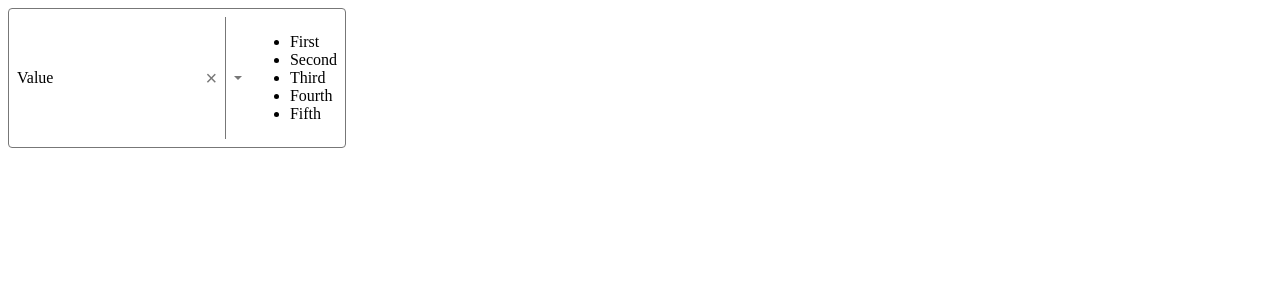
Repository: csabbah/ts-react-custom-select
Page: /
The author's editor kept a copy of each file at every save. The page is drawn from the files as they stood at one save, then again after a run of saves.
The browser window is 1280 px wide. The pictures show the whole page.
The project was rebuilt for these pictures with package versions that can differ from the ones it lists, and the page was loaded fresh each time. Also part of the build but not shown: vite.config.ts.

Above is the page before, as saved 2022-12-24 11:58:02.

### src/App.tsx
import { Select } from "./Select";

const options = [
  { label: "First", value: 1 },
  { label: "Second", value: 2 },
  { label: "Third", value: 3 },
  { label: "Fourth", value: 4 },
  { label: "Fifth", value: 5 },
];
function App() {
  return (
    <div>
      <Select options={options} />
    </div>
  );
}

export default App;

### src/Select.tsx
import styles from "./select.module.css";

type SelectOption = {
  label: string;
  value: any;
};

type SelectProps = {
  options: SelectOption[];
  value?: SelectOption; // value? means this value is optional
  onChange: (value: SelectOption | undefined) => void; // Void -  This function returns nothing
};

export function Select({ value, onChange, options }: SelectProps) {
  return (
    <>
      <div tabIndex={0} className={styles.container}>
        <span className={styles.value}>Value</span>
        <button className={styles["clear-btn"]}>&times;</button>
        <div className={styles.divider}></div>
        <div className={styles.caret}></div>
        <ul className={styles.options}>
          {options.map((option) => (
            <li key={option.label} className={styles.option}>
              {option.label}
            </li>
          ))}
        </ul>
      </div>
    </>
  );
}

### src/select.module.css
.container {
  position: relative;
  width: 20em;
  min-height: 1.5em;
  border: 0.1em solid #777;
  display: flex;
  align-items: center;
  gap: 0.5em;
  padding: 0.5em;
  border-radius: 0.25em;
  outline: none;
  transition: 0.1s all ease-in-out;
}

.container:focus {
  border-color: rgb(56, 165, 232);
  transition: 0.1s all ease-in-out;
}

.value {
  flex-grow: 1;
}

.clear-btn {
  background: none;
  color: #777;
  border: none;
  outline: none;
  cursor: pointer;
  padding: 0;
  font-size: 1.25rem;
}

.clear-btn:focus,
.clear-btn:hover {
  color: #333;
}

.divider {
  background-color: #777;
  align-self: stretch;
  width: 0.05em;
}

.caret {
  border: 0.25em solid transparent;
  border-top-color: #777;
  translate: 0 25%;
}

Loaded but not shown: index.html (common file); src/main.tsx (common file)

After the next 3 saves:
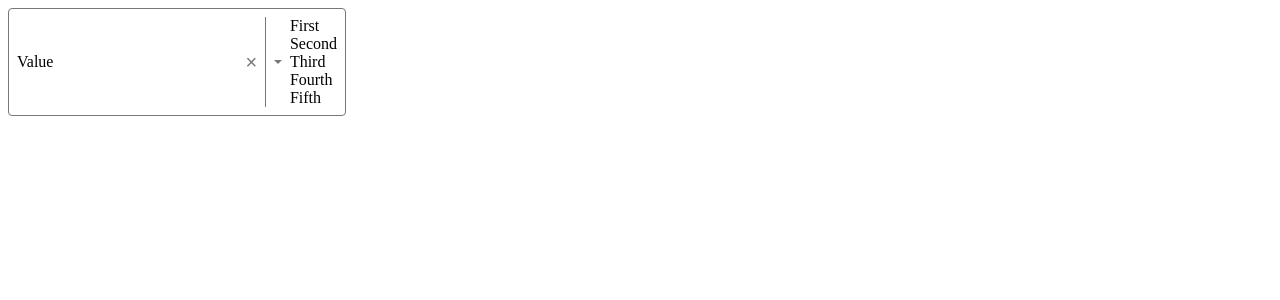
The 3 saves are shown as one change because they came seconds apart.
The last was saved 18 s later.
--- a/src/select.module.css
+++ b/src/select.module.css
@@ -47,3 +47,9 @@
   border-top-color: #777;
   translate: 0 25%;
 }
+
+.options {
+  margin: 0;
+  padding: 0;
+  list-style: none;
+}
